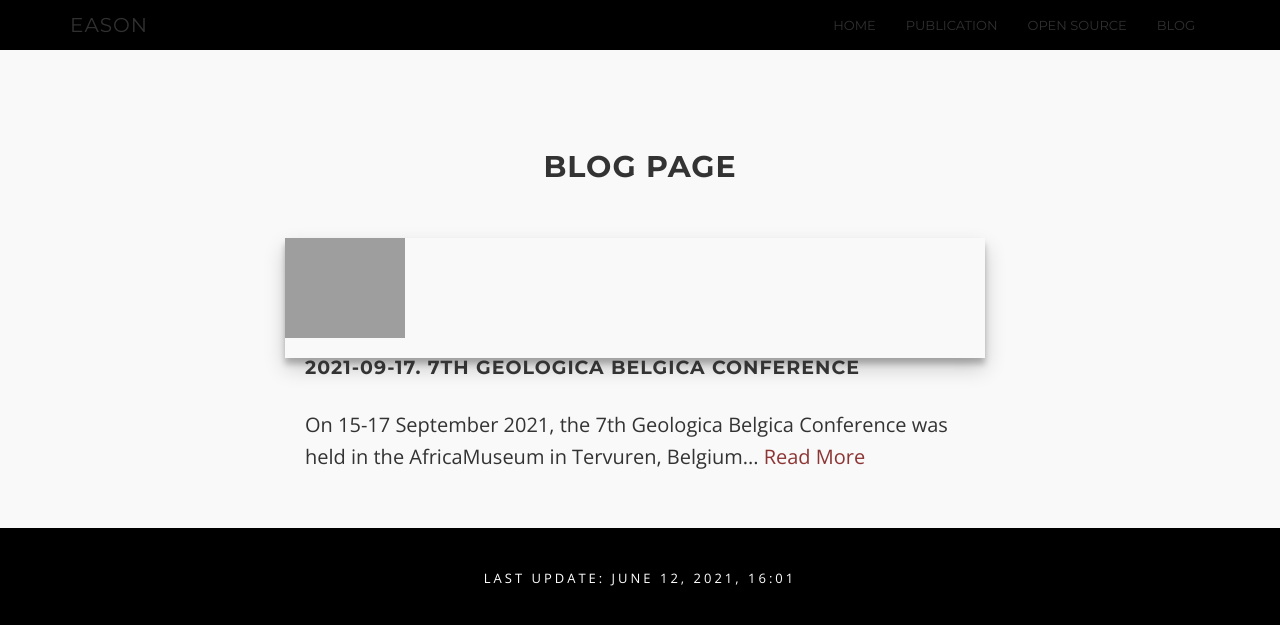
Repository: eazzzon/eazzzon.github.io
Page: blog.html
An editor plug-in stored every save of this project. The page is shown before and after a run of saves, followed by the edit.
The browser window is 1280 px wide. The pictures show the whole page.
Pictures or frames that could not be fetched are drawn as grey boxes.

Above is the page before, as saved 2021-09-18 13:14:18.

### blog.html
<!DOCTYPE html>
<html lang="en">
<head>
<meta charset="utf-8">
<meta http-equiv="X-UA-Compatible" content="IE=edge">
<meta name="viewport" content="width=device-width, initial-scale=1">
<meta name="description" content="">
<meta name="author" content="">
<title>yishen.zhang</title>
<!-- Bootstrap Core CSS -->
<link href="css/bootstrap.min.css" rel="stylesheet">
<!-- Custom CSS -->
<link href="css/theme.css" rel="stylesheet">
<!-- Custom Fonts -->
<link href="font-awesome/css/font-awesome.min.css" rel="stylesheet" type="text/css">
<link href="http://fonts.googleapis.com/css?family=Open+Sans:300,400,700,400italic,700italic" rel="stylesheet" type="text/css">
<link href="http://fonts.googleapis.com/css?family=Montserrat:400,700" rel="stylesheet" type="text/css">
<!-- HTML5 Shim and Respond.js IE8 support of HTML5 elements and media queries -->
<!-- WARNING: Respond.js doesn't work if you view the page via file:// -->
<!--[if lt IE 9]>
        <script src="https://oss.maxcdn.com/libs/html5shiv/3.7.0/html5shiv.js"></script>
        <script src="https://oss.maxcdn.com/libs/respond.js/1.4.2/respond.min.js"></script>
    <![endif]-->
</head>
<body id="page-top" data-spy="scroll" data-target=".navbar-fixed-top">
<!-- Navigation -->
<nav class="navbar navbar-custom navbar-fixed-top" role="navigation">
<div class="container">
	<div class="navbar-header">
		<button type="button" class="navbar-toggle" data-toggle="collapse" data-target=".navbar-main-collapse">
		<i class="fa fa-bars"></i>
		</button>
		<a class="navbar-brand page-scroll" href="index.html" style="color: #303030;">
		EASON </a>
	</div>
	<!-- Collect the nav links, forms, and other content for toggling -->
	<div class="collapse navbar-collapse navbar-right navbar-main-collapse">
		<ul class="nav navbar-nav" style="color: #303030;">
			<li>
			<a href="index.html">Home</a>
			</li>
			<li>
			<a href="publication.html">publication</a>
			</li>
			<li>
			<a href="opensource.html">open source</a>
			</li>
			<li>
			<a href="blog.html">blog</a>
			</li>
		</ul>
	</div>
	<!-- /.navbar-collapse -->
</div>
<!-- /.container -->
</nav>

<!-- Page Sample Section -->
<section id="page-sample">


<div class="container content-section text-left">
	<div class='container'>
		<div class="row">
			<h2 class="text-center">BLOG PAGE</h2>
			<div class="col-lg-8 col-lg-offset-2">
				<div class="post-box">
					<img class="box-img" src="https://geologicabelgica2021.africamuseum.be/sites/default/files/media/images/Logo%20Geologica%20Belgica.png" alt="lower crust foundering" />
					<div class="box-text">
						<a  href="post20210917.html">
							<h4 class="box-text">2021-09-17. 7th Geologica Belgica Conference </h4>
						</a>
						<p class="p">On 15-17 September 2021, the 7th Geologica Belgica Conference was held in the AfricaMuseum in Tervuren, Belgium... <a href="post20210917.html" style="color:rgb(141, 53, 53);">Read More</a></p>
					</div>
				</div>
				</div>

			</div>
		</div>
	</div>
</div>
</section>




<!-- Footer -->
<footer>
<div class="container text-center">
	<p class="credits">
		last update: June 12, 2021, 16:01
	</p>
</div>
</footer>
<!-- jQuery -->
<script src="js/jquery.js"></script>
<!-- Bootstrap Core JavaScript -->
<script src="js/bootstrap.min.js"></script>
<!-- Plugin JavaScript -->
<script src="js/jquery.easing.min.js"></script>
<!-- Custom Theme JavaScript -->
<script src="js/theme.js"></script>
</body>
</html>

### css/theme.css
/* Aries v1.0 - by WowThemes.net */
body {
	width:100%;
	height:100%;
	font-family:Open Sans,"Helvetica Neue",Helvetica,Arial,sans-serif;
	color:#fff;
	background-color:#000;
	 font-weight:300;
}
html {
	width:100%;
	height:100%;
}
h1,h2,h3,h4,h5,h6 {
	margin:0 0 35px;
	text-transform:uppercase;
	font-family:Montserrat,"Helvetica Neue",Helvetica,Arial,sans-serif;
	font-weight:700;
	letter-spacing:1px;
}
p {
	margin:0 0 25px;
	font-size:18px;
	line-height:1.5;
}
@media(min-width:768px) {
	p {
		margin:0 0 35px;
		font-size:20px;
		line-height:1.6;
	}
}
a {
	color:inherit;
	-webkit-transition:all .2s ease-in-out;
	-moz-transition:all .2s ease-in-out;
	transition:all .2s ease-in-out;
}
a:hover,a:focus {
	text-decoration:none;
	color:inherit;
}
.light {
	font-weight:400;
}
.navbar-custom {
	margin-bottom:0;
	border-bottom:1px solid rgba(255,255,255,.3);
	text-transform:uppercase;
	font-family:Montserrat,"Helvetica Neue",Helvetica,Arial,sans-serif;
	background-color:#000;
}
.navbar-custom .navbar-brand {
	font-size:20px;
	text-transform:none;
	letter-spacing:1px;
}
.navbar-custom .navbar-brand:focus {
	outline:0;
}
.navbar-custom .navbar-brand .navbar-toggle {
	padding:4px 6px;
	font-size:16px;
	color:#fff;
}
.navbar-custom .navbar-brand .navbar-toggle:focus,.navbar-custom .navbar-brand .navbar-toggle:active {
	outline:0;
}
.navbar-custom a {
}
.navbar-custom .nav li a {
	-webkit-transition:background .3s ease-in-out;
	-moz-transition:background .3s ease-in-out;
	transition:background .3s ease-in-out;
}
.navbar-custom .nav li a:hover {
	outline:0;
	color:#1ba39c;
	background-color:transparent;
}
.navbar-custom .nav li a:focus,.navbar-custom .nav li a:active {
	outline:0;
	background-color:transparent;
}
.navbar-custom .nav li.active {
	outline:0;
}
.navbar-custom .nav li.active a {
	color:#1ba39c;
}
.navbar-custom .nav li.active a:hover {
	color:#1ba39c;
}
@media(min-width:768px) {
	.navbar-custom {
		padding:20px 0;
		border-bottom:0;
		font-size:13px;
		background:0 0;
		-webkit-transition:background .5s ease-in-out,padding .5s ease-in-out;
		-moz-transition:background .5s ease-in-out,padding .5s ease-in-out;
		transition:background .5s ease-in-out,padding .5s ease-in-out;
	}
		 .navbar-custom.top-nav-collapse {
		 padding:0;
		border-bottom:1px solid rgba(255,255,255,.3);
		color:#333;
			background:#fff;
	}
	.navbar-custom.top-nav-collapse a {
		color:#333;
		display:inline-block;
	}
}
.intro {
	display:table;
	width:100%;
	height:auto;
	padding:100px 0 100px 0;
	text-align:center;
	color:#fff;
	background-image:radial-gradient(circle at 50% 50%,rgba(95, 94, 94, 0.46),rgba(56, 56, 56, 0.88)), url('labelled.png');
	-webkit-background-size:cover;
	-moz-background-size:cover;
	background-size:cover;
	-o-background-size:cover;
}
.intro .intro-body {
	display:table-cell;
	vertical-align:middle;
}
.intro .intro-body .brand-heading {
	font-size:40px;
}
.intro .intro-body .intro-text {
	font-size:18px;
}
@media(min-width:768px) {
	.intro {
		height:100%;
		padding:0;
	}
	.intro .intro-body .brand-heading {
		font-size:60px;
		margin-top:90px;
		margin-bottom:20px;
		border-top:2px solid #fff;
		border-bottom:2px solid #fff;
		display:inline-block;
		padding:10px 0;
	}
	.intro .intro-body .intro-text {
		font-size:20px;
			font-weight:300;
			letter-spacing:3px;
	}
}
.btn-circle {
	width:50px;
	height:50px;
	margin-top:15px;
	line-height:40px;
	text-align:center;
	border:2px solid #fff;
	border-radius:100%!important;
	font-size:20px;
	color:#fff;
	background:0 0;
	-webkit-transition:background .3s ease-in-out;
	-moz-transition:background .3s ease-in-out;
	transition:background .3s ease-in-out;
}
.btn-circle:hover,.btn-circle:focus {
	outline:0;
	color:#fff;
	background:rgba(255,255,255,.1);
}
.btn-circle i.animated {
	-webkit-transition-property:-webkit-transform;
	-webkit-transition-duration:1s;
	-moz-transition-property:-moz-transform;
	-moz-transition-duration:1s;
}
.btn-circle:hover i.animated {
	-webkit-animation-name:pulse;
	-moz-animation-name:pulse;
	-webkit-animation-duration:1.5s;
	-moz-animation-duration:1.5s;
	-webkit-animation-iteration-count:infinite;
	-moz-animation-iteration-count:infinite;
	-webkit-animation-timing-function:linear;
	-moz-animation-timing-function:linear;
}
@-webkit-keyframes pulse {
	0% {
		-webkit-transform:scale(1);
		transform:scale(1);
	}
	50% {
		-webkit-transform:scale(1.2);
		transform:scale(1.2);
	}
	100% {
		-webkit-transform:scale(1);
		transform:scale(1);
	}
}
@-moz-keyframes pulse {
	0% {
		-moz-transform:scale(1);
		transform:scale(1);
	}
	50% {
		-moz-transform:scale(1.2);
		transform:scale(1.2);
	}
	100% {
		-moz-transform:scale(1);
		transform:scale(1);
	}
}
.content-section {
	padding:40px 0;
	clear:both;
}
@media(min-width:767px) {
	.content-section {
		padding:150px 0;
			 clear:both;
	}
}
.btn {
	border-radius:0;
	text-transform:uppercase;
	font-family:Montserrat,"Helvetica Neue",Helvetica,Arial,sans-serif;
	font-weight:400;
	-webkit-transition:all .3s ease-in-out;
	-moz-transition:all .3s ease-in-out;
	transition:all .3s ease-in-out;
}
.btn-default {
	border:1px solid #42dca3;
	color:#42dca3;
	background-color:transparent;
}
.btn-default:hover,.btn-default:focus {
	border:1px solid #42dca3;
	outline:0;
	color:#000;
	background-color:#42dca3;
}
ul.banner-social-buttons {
	margin-top:0;
}
@media(max-width:1199px) {
	ul.banner-social-buttons {
		margin-top:15px;
	}
}
@media(max-width:767px) {
	ul.banner-social-buttons li {
		display:block;
		margin-bottom:20px;
		padding:0;
	}
	ul.banner-social-buttons li:last-child {
		margin-bottom:0;
	}
}
footer {
	padding:40px 0;
	z-index:1;
	position:relative;
	clear:both;
}
footer p {
	margin:0;
	font-size:15px;
}
footer p.credits {
	text-transform:uppercase;
	font-size:13px;
	letter-spacing:3px;
}
::-moz-selection {
	text-shadow:none;
	background:#fcfcfc;
	background:rgba(255,255,255,.2);
}
::selection {
	text-shadow:none;
	background:#fcfcfc;
	background:rgba(255,255,255,.2);
}
img::selection {
	background:0 0;
}
img::-moz-selection {
	background:0 0;
}
body {
	webkit-tap-highlight-color:rgba(255,255,255,.2);
}
.bgblue {
	background:#22292c;
}
.inlineblock {
	display:inline-block;
}
p:last-child {
	margin-bottom:0;
}
p.lead {
	line-height:1.9;
}
.btnghost {
	border:2px solid #333;
	background-color:transparent;
	padding:15px 20px;
	letter-spacing:3px;
	font-size:12px;
	text-transform:uppercase;
	font-weight:400;
	color:#333;
	margin-top:20px;
	display:inline-block;
}
.btnghost:hover {
	background-color:#333;
	color:#fff;
	border:2px solid #333;
}
.bgcover {
	background-size:cover;
	background-repeat:no-repeat;
	position:relative;
}
img {
	max-width:100%;
}
.gallery ul {
	padding:0;
	margin:0;
}
.gallery img {
	max-width:100%;
	height:auto;
	padding:0;
	margin:0;
}
.gallery ul li {
	margin:0;
	position:relative;
	list-style:none;
	float:left;
	padding:0;
}
.gallery ul li a {
	display:block;
	position:relative;
	width:100%;
	height:100%;
	margin:0;
	padding:0;
	line-height:0;
}
.gallery ul li a:before {
	position:absolute;
	width:32px;
	height:32px;
	top:40%;
	left:50%;
	margin:-14px 0 0 -16px;
	/* background: url(data:[embedded picture, 2228 characters]) no-repeat; */
	content:"";
	opacity:0;
	z-index:1;
	-webkit-transition:all 0.3s linear;
	-moz-transition:all 0.3s linear;
	transition:all 0.3s linear;
}
.gallery ul li a:hover:before {
	top:50%;
	opacity:1;
}
.gallery ul li a:after {
	position:absolute;
	width:100%;
	top:0;
	bottom:0;
	background:rgba(0,0,0,0.3);
	content:"";
	opacity:0;
	-webkit-transition:all 0.3s linear;
	-moz-transition:all 0.3s linear;
	transition:all 0.3s linear;
}
.gallery ul li a:hover:after {
	opacity:1;
}
section:after {
	float:none;
	clear:both;
}
section {
	background-color:#f9f9f9;
	color:#333;
	overflow:hidden;
}
.done {
	display:none;
}
.error input,input.error,.error textarea,textarea.error {
	background-color:#ffffff;
	border-bottom:2px solid orangered !Important;
	-webkit-transition:border linear 0.2s,box-shadow linear 0.2s;
	-moz-transition:border linear 0.2s,box-shadow linear 0.2s;
	-o-transition:border linear 0.2s,box-shadow linear 0.2s;
	transition:border linear 0.2s,box-shadow linear 0.2s;
}

/* post-box style */
.post-box {
	width: 700px;
	height: 120px;
	margin: 20px;
	box-shadow: 0 10px 20px rgba(0, 0, 0, 0.19), 0 6px 6px rgba(0, 0, 0, 0.23);
  }

  .box-img {
	width: 120px;
	height: 100px;
	padding: 0px;
	margin: 0px;
  }

  .box-text {
	font-size: 19px;
	padding: 10px;
  }

  .p {
	padding: 0px;
	margin: 0px;
	position: relative;
	bottom: 15px;
	left: 10px;
  }

  .p2 {
	padding: 0px;
	margin: 0px;
	font-size: 15px;
	position: relative;
	left: 25px;
  }

### js/theme.js
// jQuery to collapse the navbar on scroll
$(window).scroll(function() {
    if ($(".navbar").offset().top > 50) {
        $(".navbar-fixed-top").addClass("top-nav-collapse");
    } else {
        $(".navbar-fixed-top").removeClass("top-nav-collapse");
    }
});

// jQuery for page scrolling feature - requires jQuery Easing plugin
$(function() {
    $('a.page-scroll').bind('click', function(event) {
        var $anchor = $(this);
        $('html, body').stop().animate({
            scrollTop: $($anchor.attr('href')).offset().top
        }, 1500, 'easeInOutExpo');
        event.preventDefault();
    });
});

// Closes the Responsive Menu on Menu Item Click
$('.navbar-collapse ul li a').click(function() {
    $('.navbar-toggle:visible').click();
});

Loaded but not shown: css/bootstrap.min.css (library); font-awesome/css/font-awesome.min.css (library); js/jquery.js (library); js/bootstrap.min.js (library); js/jquery.easing.min.js (library)

After the next 3 saves:
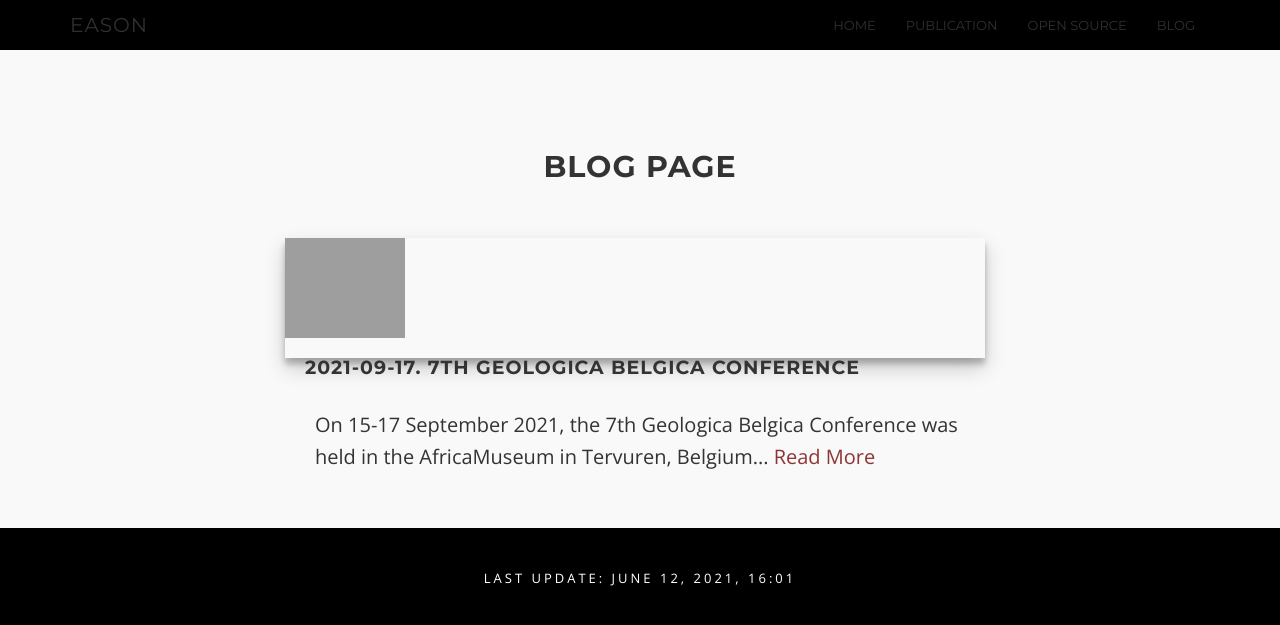
The 3 saves are shown as one change because they came seconds apart.
The last was saved 16 s later.
--- a/css/theme.css
+++ b/css/theme.css
@@ -441,7 +441,7 @@ section {
 
   .p {
 	padding: 0px;
-	margin: 0px;
+	margin: 10px;
 	position: relative;
 	bottom: 15px;
 	left: 10px;
